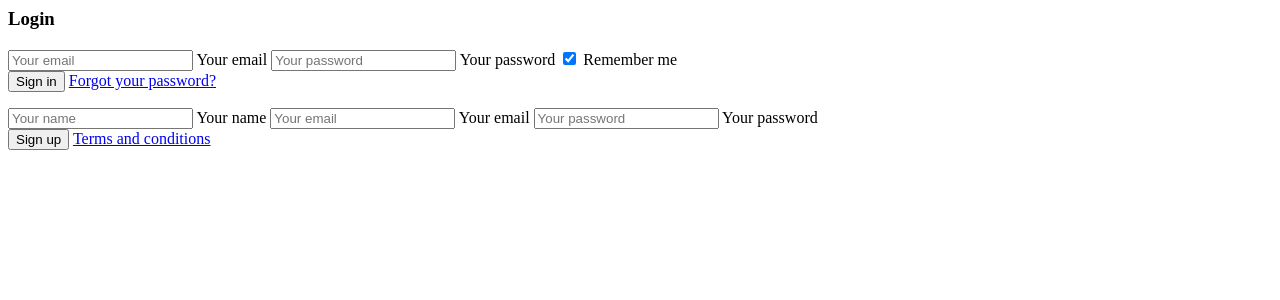
Repository: JaeJin2044/Community_spring
Page: http://localhost/Community/WEB-INF/views/user/login.jsp
The author's editor kept a copy of each file at every save. The page is drawn from the files as they stood at one save, then again after the next save.
The browser window is 1280 px wide. The pictures show the whole page.
The page is served by Tomcat 9. Nobody is signed in. Other server files are loaded and not shown. The template is opened directly, without the code that normally fills it, so the values that code supplies are empty.

Above is the page before, as saved 2021-03-23 05:17:41.

### Community/src/main/webapp/WEB-INF/views/user/login.jsp
<%@ page language="java" contentType="text/html; charset=UTF-8"
	pageEncoding="UTF-8"%>

<section class="container">
	<article class="half">
		<h1>Login</h1>
		<div class="content">
			<div class="signin-cont cont">
				<form action="#" method="post" enctype="multipart/form-data">
					<input type="email" name="email" id="email" class="inpt"
						required="required" placeholder="Your email"> <label
						for="email">Your email</label> <input type="password"
						name="password" id="password" class="inpt" required="required"
						placeholder="Your password"> <label for="password">Your
						password</label> <input type="checkbox" id="remember" class="checkbox"
						checked> <label for="remember">Remember me</label>
					<div class="submit-wrap">
						<input type="submit" value="Sign in" class="submit"> <a
							href="#" class="more">Forgot your password?</a>
					</div>
				</form>
			</div>
			<div class="signup-cont cont">
				<form action="#" method="post" enctype="multipart/form-data">
					<input type="email" name="email" id="name" class="inpt"
						required="required" placeholder="Your name"> <label
						for="name">Your name</label> <input type="email" name="email"
						id="email" class="inpt" required="required"
						placeholder="Your email"> <label for="email">Your
						email</label> <input type="password" name="password" id="password"
						class="inpt" required="required" placeholder="Your password">
					<label for="password">Your password</label>
					<div class="submit-wrap">
						<input type="submit" value="Sign up" class="submit"> <a
							href="#" class="more">Terms and conditions</a>
					</div>
				</form>
			</div>
		</div>
	</article>
	<div class="half bg"></div>
</section>

After the next save:
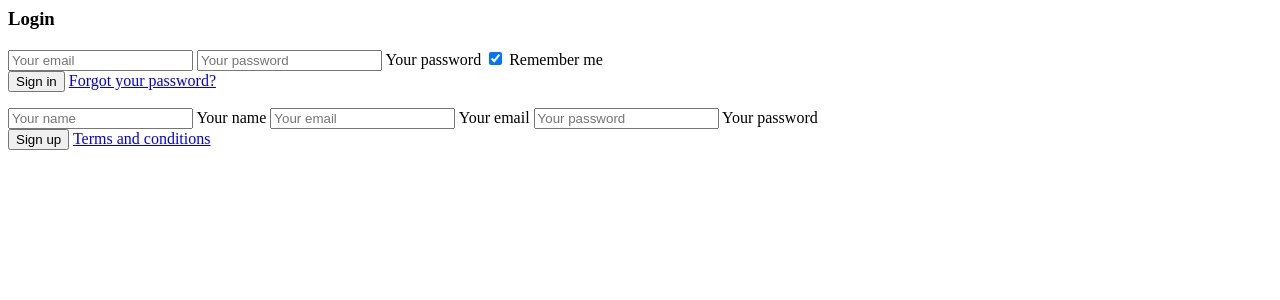
Saved 14 s later.
--- a/Community/src/main/webapp/WEB-INF/views/user/login.jsp
+++ b/Community/src/main/webapp/WEB-INF/views/user/login.jsp
@@ -9,7 +9,7 @@
 				<form action="#" method="post" enctype="multipart/form-data">
 					<input type="email" name="email" id="email" class="inpt"
 						required="required" placeholder="Your email"> <label
-						for="email">Your email</label> <input type="password"
+						for="email"></label> <input type="password"
 						name="password" id="password" class="inpt" required="required"
 						placeholder="Your password"> <label for="password">Your
 						password</label> <input type="checkbox" id="remember" class="checkbox"
